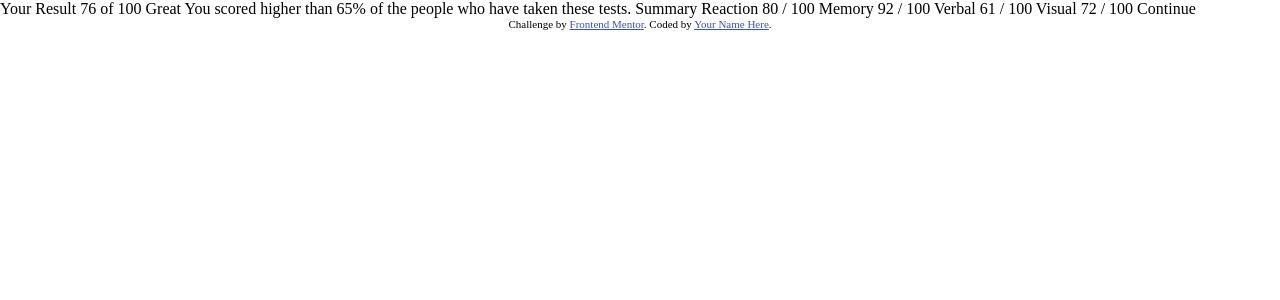
Repository: KamoliddinGIT/result-summary
Page: index.html
These files come from the project's save history. The page is drawn as it stood at one moment and after the next save; the edit follows.
The browser window is 1280 px wide. The pictures show the whole page.

Above is the page before, as saved 2023-09-07 17:07:15.

After the next save:
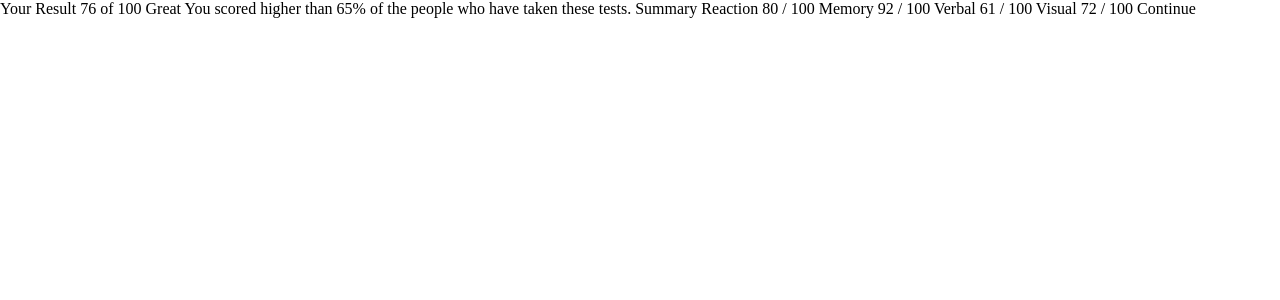
Saved 12 s later.
--- a/index.html
+++ b/index.html
@@ -26,13 +26,6 @@
     have taken these tests. Summary Reaction 80 / 100 Memory 92 / 100 Verbal 61
     / 100 Visual 72 / 100 Continue
 
-    <div class="attribution">
-      Challenge by
-      <a href="https://www.frontendmentor.io?ref=challenge" target="_blank"
-        >Frontend Mentor</a
-      >. Coded by <a href="#">Your Name Here</a>.
-    </div>
-
     <script src="js/index.js"></script>
   </body>
 </html>
